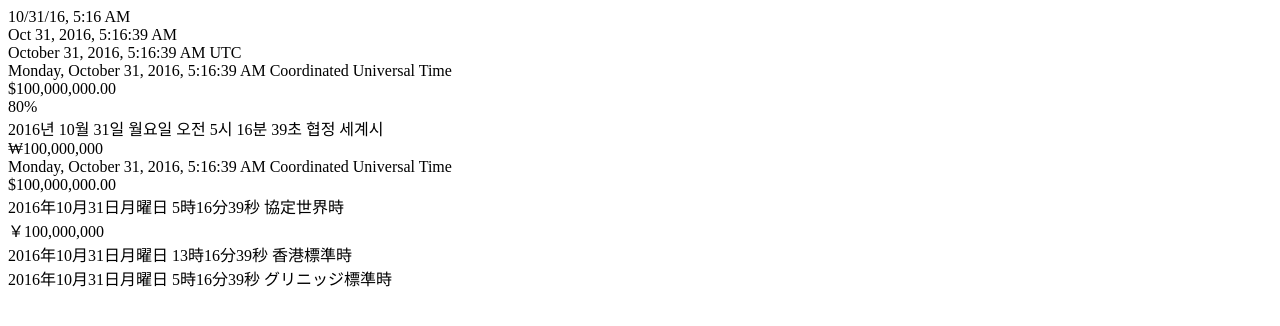
Repository: kimjaejoo/Tacademy
Page: http://localhost/MyServer/custom2.jsp
An editor plug-in stored every save of this project. The page is shown before and after a run of saves, followed by the edit.
The browser window is 1280 px wide. The pictures show the whole page.
The page is served by Tomcat 9. Nobody is signed in. The application's start-up code is not run. Other server files are loaded and not shown.

Above is the page before, as saved 2016-11-04 04:48:43.

### MyServer/WebContent/custom2.jsp
<%@page import="java.util.Date"%>
<%@ page language="java" contentType="text/html; charset=UTF-8"
	pageEncoding="UTF-8" errorPage="index.jsp"%>
<!--errorPage="index.jsp" 페이지에 에러가 발생하면 index.jsp 로 자동으로 이동한다.  -->
<%@ taglib prefix="c" uri="http://java.sun.com/jsp/jstl/core"%>
<%@ taglib prefix="fmt" uri="http://java.sun.com/jsp/jstl/fmt"%>

<!-- 시간포맷팅 -->
<c:set var="date" value="<%= new Date() %>"/>
<fmt:formatDate value="${date }" type="both" dateStyle="short" timeStyle="short"/> <br />
<fmt:formatDate value="${date }" type="both" dateStyle="medium" timeStyle="medium"/>	<br />
<fmt:formatDate value="${date }" type="both" dateStyle="long" timeStyle="long"/> <br />
<fmt:formatDate value="${date }" type="both" dateStyle="full" timeStyle="full"/> <br />

<!-- 숫자 -->
<fmt:formatNumber value="100000000" type="currency" currencySymbol="$" /> <br />
<fmt:formatNumber value="0.80" type="percent" /> <br />

<!-- 로케일 -->
<fmt:setLocale value="ko_kr"/>
<fmt:formatDate value="${date }" type="both" dateStyle="full" timeStyle="full"/> <br />
<fmt:formatNumber value="100000000" type="currency" /> <br />
<fmt:setLocale value="en_us"/>
<fmt:formatDate value="${date }" type="both" dateStyle="full" timeStyle="full"/> <br />
<fmt:formatNumber value="100000000" type="currency"  /> <br />
<fmt:setLocale value="ja_jp"/>
<fmt:formatDate value="${date }" type="both" dateStyle="full" timeStyle="full"/> <br />
<fmt:formatNumber value="100000000" type="currency"  /> <br />

<!-- 시간대 -->
<fmt:setTimeZone value="Asia/Hong_Kong"/>
<fmt:formatDate value="${date }" type="both" dateStyle="full" timeStyle="full"/> <br />
<fmt:setTimeZone value="Asia/seoul"/>
<fmt:formatDate value="${date }" type="both" dateStyle="full" timeStyle="full"/> <br />

After the next 2 saves:
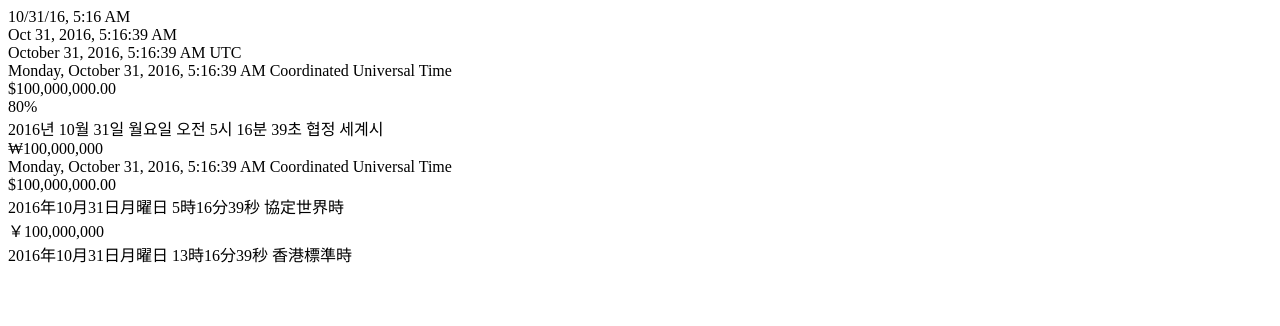
The 2 saves are shown as one change because 1 did not build or start.
The last was saved 59 s later.
--- a/MyServer/WebContent/custom2.jsp
+++ b/MyServer/WebContent/custom2.jsp
@@ -30,5 +30,3 @@
 <!-- 시간대 -->
 <fmt:setTimeZone value="Asia/Hong_Kong"/>
 <fmt:formatDate value="${date }" type="both" dateStyle="full" timeStyle="full"/> <br />
-<fmt:setTimeZone value="Asia/seoul"/>
-<fmt:formatDate value="${date }" type="both" dateStyle="full" timeStyle="full"/> <br />
